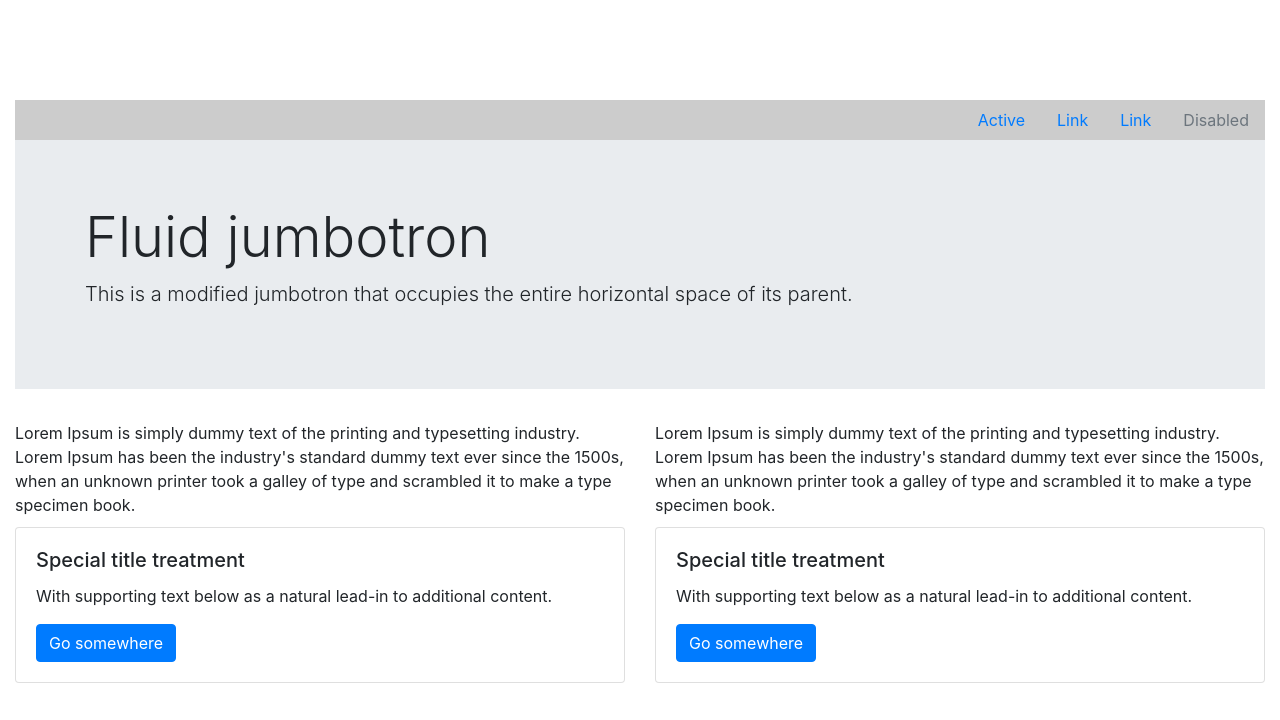
Repository: Green-Technologies-Angular/HTML
Page: index.html
These files come from the project's save history. The page is drawn as it stood at one moment and after a run of saves; the edit follows.
The browser window is 1280 px wide. The pictures show the whole page.

Above is the page before, as saved 2019-01-31 10:14:44.

After the next 2 saves:
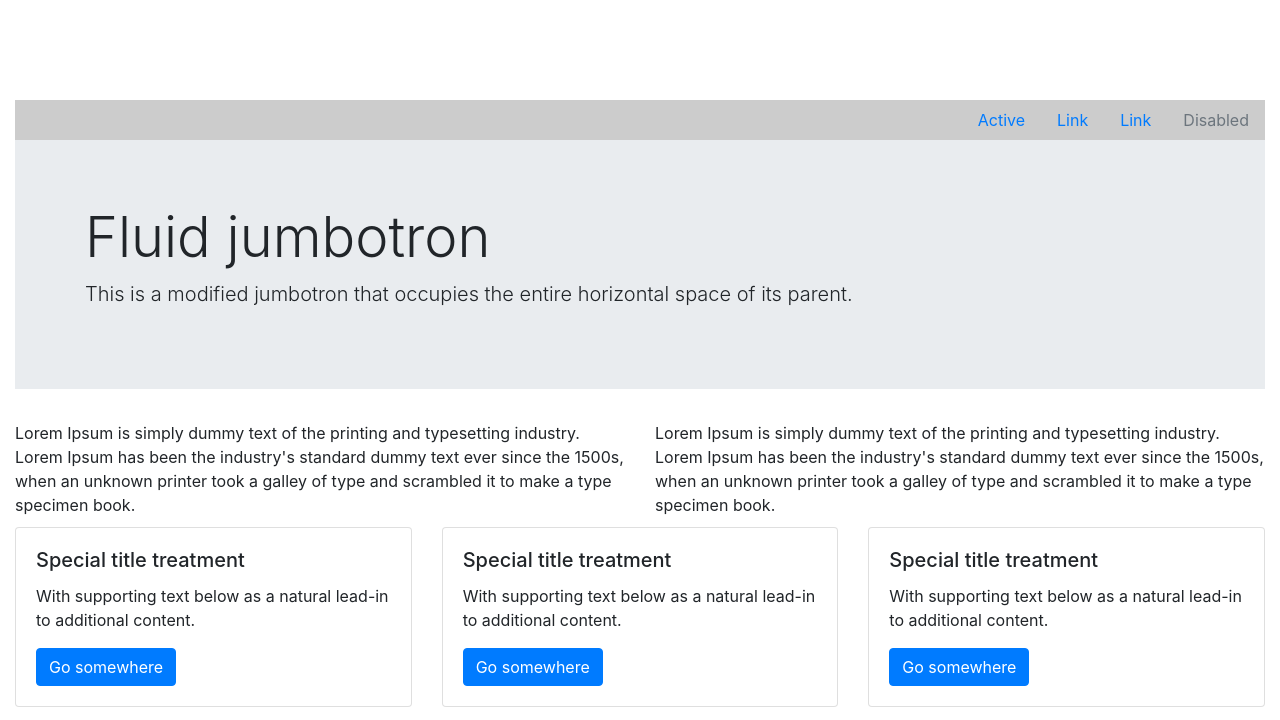
The 2 saves are shown as one change because they came seconds apart.
The last was saved 44 s later.
--- a/index.html
+++ b/index.html
@@ -55,7 +55,7 @@
             </div>
         </div>
         <div class="row" style="padding-top:10px;">
-            <div class="col-sm-6">
+            <div class="col-sm-4">
                 <div class="card">
                     <div class="card-body">
                         <h5 class="card-title">Special title treatment</h5>
@@ -64,7 +64,16 @@
                     </div>
                 </div>
             </div>
-            <div class="col-sm-6">
+            <div class="col-sm-4">
+                <div class="card">
+                    <div class="card-body">
+                        <h5 class="card-title">Special title treatment</h5>
+                        <p class="card-text">With supporting text below as a natural lead-in to additional content.</p>
+                        <a href="#" class="btn btn-primary">Go somewhere</a>
+                    </div>
+                </div>
+            </div>
+            <div class="col-sm-4">
                 <div class="card">
                     <div class="card-body">
                         <h5 class="card-title">Special title treatment</h5>
